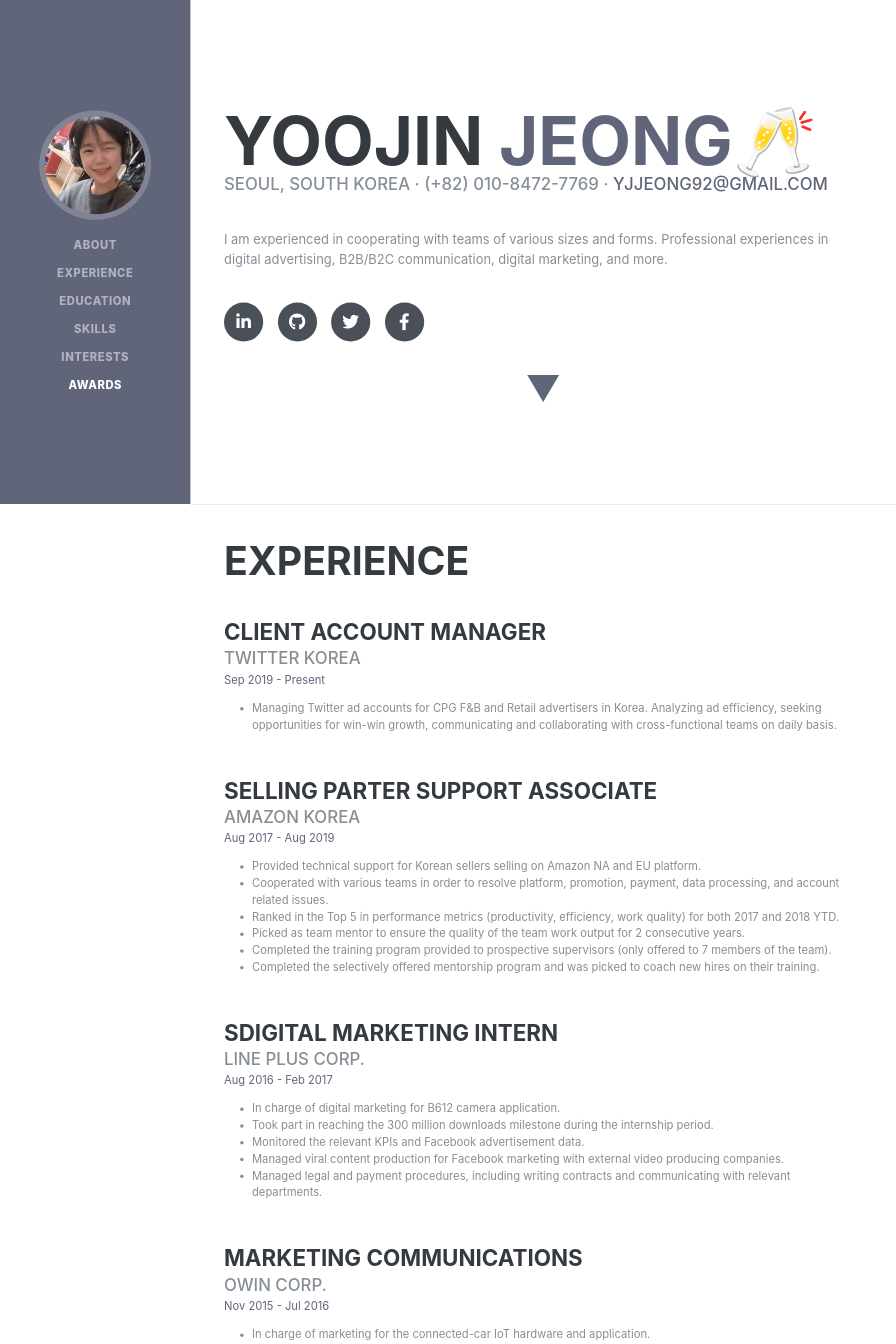
Repository: whitethugcat/whitethugcat.github.io
Page: class/resume-practice/yoojin-resume.html
The author's editor kept a record of every edit. The page is drawn from the files as they stood at one moment, then again after the next edit.
The browser window is 1280 px wide. The pictures show the part of the page from y = 0 to 1920 px (the page is 4932 px tall), at 70% of full size.
Some web fonts or font styles are not loaded; a fallback is used.

Above is the page before.

### class/resume-practice/yoojin-resume.html
<!DOCTYPE html>
<html lang="en">

<head>

  <meta charset="utf-8">
  <meta name="viewport" content="width=device-width, initial-scale=1, shrink-to-fit=no">
  <meta name="description" content="">
  <meta name="author" content="">

  <title>Yoojin J&#129346;</title>

  <!-- Bootstrap core CSS -->
  <link href="vendor/bootstrap/css/bootstrap.css" rel="stylesheet">

  <!-- Custom fonts for this template -->
  <link href="https://fonts.googleapis.com/css?family=Saira+Extra+Condensed:500,700" rel="stylesheet">
  <link href="https://fonts.googleapis.com/css?family=Muli:400,400i,800,800i" rel="stylesheet">
  <link href="vendor/fontawesome-free/css/all.css" rel="stylesheet">

  <!-- Custom styles for this template -->
  <link href="css/resume.css" rel="stylesheet">

</head>

<body id="page-top">

  <nav class="navbar navbar-expand-lg navbar-dark bg-primary fixed-top" id="sideNav">
    <a class="navbar-brand js-scroll-trigger" href="#page-top">
      <span class="d-block d-lg-none">Yoojin Jeong &#129346;</span>
      <span class="d-none d-lg-block">
        <img class="img-fluid img-profile rounded-circle mx-auto mb-2" src="img/yj-profile.png" alt="">
      </span>
    </a>
    <button class="navbar-toggler" type="button" data-toggle="collapse" data-target="#navbarSupportedContent" aria-controls="navbarSupportedContent" aria-expanded="false" aria-label="Toggle navigation">
      <span class="navbar-toggler-icon"></span>
    </button>
    <div class="collapse navbar-collapse" id="navbarSupportedContent">
      <ul class="navbar-nav">
        <li class="nav-item">
          <a class="nav-link js-scroll-trigger" href="#about">About</a>
        </li>
        <li class="nav-item">
          <a class="nav-link js-scroll-trigger" href="#experience">Experience</a>
        </li>
        <li class="nav-item">
          <a class="nav-link js-scroll-trigger" href="#education">Education</a>
        </li>
        <li class="nav-item">
          <a class="nav-link js-scroll-trigger" href="#skills">Skills</a>
        </li>
        <li class="nav-item">
          <a class="nav-link js-scroll-trigger" href="#interests">Interests</a>
        </li>
        <li class="nav-item">
          <a class="nav-link js-scroll-trigger" href="#awards">Awards</a>
        </li>
      </ul>
    </div>
  </nav>

  <div class="container-fluid p-0">

    <section class="resume-section p-3 p-lg-5 d-flex align-items-center" id="about">
      <div class="w-100">
        <h1 class="mb-0">Yoojin
          <span class="text-primary">Jeong&#129346;</span>
        </h1>
        <div class="subheading mb-5">Seoul, South Korea · (+82) 010-8472-7769 ·
          <a href="mailto:name@email.com">yjjeong92@gmail.com</a>
        </div>
        <p class="lead mb-5">I am experienced in cooperating with teams of various sizes and forms. Professional experiences in digital advertising, B2B/B2C communication, digital marketing, and more.</p>
        <div class="social-icons">
          <a href="https://www.linkedin.com/in/yoojin-jeong-47a917101/" target="_blank">
            <i class="fab fa-linkedin-in"></i>
          </a>
          <a href="#" target="_blank">
            <i class="fab fa-github"></i>
          </a>
          <a href="https://www.twitter.com/whitethugcat" target="_blank">
            <i class="fab fa-twitter"></i>
          </a>
          <a href="#">
            <i class="fab fa-facebook-f"></i>
          </a>
        </div>
        <div class=downward-arrow>
          <a href="#experience">
          &#9660;</a>
        </div>
      </div>
    </section>

    <hr class="m-0">

    <section class="resume-section p-3 p-lg-5 d-flex justify-content-center" id="experience">
      <div class="w-100">
        <h2 class="mb-5">Experience</h2>


        <div class="resume-item d-flex flex-column flex-md-row justify-content-between mb-5">
          <div class="resume-content">
            <h3 class="mb-0">Client Account Manager </h3>
            <div class="subheading mb-3">Twitter Korea</div>
            <span class="text-primary">Sep 2019 - Present</span>
            <p><ul><li>Managing Twitter ad accounts for CPG F&B and Retail advertisers in Korea. Analyzing ad efficiency, seeking opportunities for win-win growth, communicating and collaborating with cross-functional teams on daily basis.</li></ul></p>
          </div>
          </div>

        <div class="resume-item d-flex flex-column flex-md-row justify-content-between mb-5">
          <div class="resume-content" id>
            <h3 class="mb-0">Selling Parter Support Associate</h3>
            <div class="subheading mb-3">Amazon Korea</div>
            <span class="text-primary">Aug 2017 - Aug 2019</span>
            <p>
            <ul>
            <li>Provided technical support for Korean sellers selling on Amazon NA and EU platform.</li>
            <li>Cooperated with various teams in order to resolve platform, promotion, payment, data processing, and account related issues.</li>
            <li>Ranked in the Top 5 in performance metrics (productivity, efficiency, work quality) for both 2017 and 2018 YTD.</li>
            <li>Picked as team mentor to ensure the quality of the team work output for 2 consecutive years.</li>
            <li>Completed the training program provided to prospective supervisors (only offered to 7 members of the team).</li>
            <li>Completed the selectively offered mentorship program and was picked to coach new hires on their training.</li>
          </ul>
          </p>
          </div>
          </div>

        <div class="resume-item d-flex flex-column flex-md-row justify-content-between mb-5">
          <div class="resume-content">
            <h3 class="mb-0">SDigital Marketing Intern</h3>
            <div class="subheading mb-3">Line Plus Corp.</div>
            <span class="text-primary">Aug 2016 - Feb 2017</span>
            <p>
            <ul>
            <li>In charge of digital marketing for B612 camera application.</li>
            <li>Took part in reaching the 300 million downloads milestone during the internship period.</li>
            <li>Monitored the relevant KPIs and Facebook advertisement data.</li>
            <li>Managed viral content production for Facebook marketing with external video producing companies.</li>
            <li>Managed legal and payment procedures, including writing contracts and communicating with relevant departments.</li>
          </ul>
          </p>
          </div>
          </div>

        <div class="resume-item d-flex flex-column flex-md-row justify-content-between mb-5">
          <div class="resume-content">
            <h3 class="mb-0">Marketing Communications</h3>
            <div class="subheading mb-3">OWiN Corp.</div>
            <span class="text-primary">Nov 2015 - Jul 2016</span>
            <p>
            <ul>
            <li>In charge of marketing for the connected-car IoT hardware and application.</li>
            <li>Took part in initiating partnership with domestic and overseas companies (e.g. Isracore Ltd., First Data Korea).</li>
            <li>Created and designed the initial official website www.owin.kr.</li>
            <li>Managed the official SNS, webpage, PR materials and other online content management.</li>
            <li>Managed B2B and B2C communication and marketing as well as OEM production with Chinese factories.</li>
          </ul>
          </p>
          </div>
          </div>


        <div class="resume-item d-flex flex-column flex-md-row justify-content-between mb-5">
          <div class="resume-content">
            <h3 class="mb-0">Treasury & Markets Intern</h3>
            <div class="subheading mb-3">DBS Bank</div>
            <span class="text-primary">Aug 2015 - Nov 2015</span>
            <p>
            <ul>
            <li>In charge of organizing the AMCHAM Inaugural Ball 2014.</li>
            <li>Managed sponsorship acquirement with hotels and airlines such as Korean Airlines and Hyatt Hotel.</li>
            <li>Managed event planning, including managing the menu, brochure, table settings, and musical numbers.</li>
            <li>Managed the promotion of sponsoring companies, including banner and online (flyer) promotion.</li>
          </ul>
          </p>
          </div>
          </div>

        <div class="resume-item d-flex flex-column flex-md-row justify-content-between mb-5">
          <div class="resume-content">
            <h3 class="mb-0">Marketing Event Planning Intern</h3>
            <div class="subheading mb-3">American Chamber of Commerce in Korea (AMCHAM Korea)</div>
            <span class="text-primary">Dec 2013 - Mar 2014</span>
            <p>
            <ul>
            <li>Assisted with daily FOREX trading and sales activities.</li>
            </ul>
            </p>

        </div>
        </div>
          <div class=downward-arrow>
          <a href="#education">
          &#9660;</a>
        </div>
          <div class=back-to-top>
          <a href="#page-top">
          Back to top</a></div>

    </section>

    <hr class="m-0">

    <section class="resume-section p-3 p-lg-5 d-flex align-items-center" id="education">
      <div class="w-100">
        <h2 class="mb-5">Education</h2>

        <div class="resume-item d-flex flex-column flex-md-row justify-content-between mb-5">
          <div class="resume-content">
            <h3 class="mb-0">SungkyunKwan University</h3>
            <div class="subheading mb-3">Bachelor of Economics</div>
            <div>Global Economics</div>
            <span class="text-primary">Mar 2011 - Feb 2015</span>
          </div>
        </div>

        <div class="resume-item d-flex flex-column flex-md-row justify-content-between">
          <div class="resume-content">
            <h3 class="mb-0">International School of Kuala Lumpur</h3>
            <div class="subheading mb-3">International Baccalaureate (IB)</div>
            <span class="text-primary">Class of 2010</span>
          </div>
        </div>
          <div class=downward-arrow>
          <a href="#interests">
          &#9660;</a>
        </div>
          <div class=back-to-top>
          <a href="#page-top">
          Back to top</a>
        </div>
      </div>
    </section>

    <!--<hr class="m-0">-->

    <!--<section class="resume-section p-3 p-lg-5 d-flex align-items-center" id="skills">-->
    <!--  <div class="w-100">-->
    <!--    <h2 class="mb-5">Skills</h2>-->

    <!--    <div class="subheading mb-3">Skills &amp; Tools</div>-->
    <!--    <ul class="list-inline dev-icons">-->
    <!--      <li class="list-inline-item">-->
    <!--        <i class="fab fa-apple"></i>-->
    <!--      </li>-->
    <!--      <li class="list-inline-item">-->
    <!--        <i class="fab fa-adobe"></i>-->
    <!--      </li>-->
    <!--      <li class="list-inline-item">-->
    <!--        <i class="fab fa-presentation"></i>-->
    <!--      </li>-->
    <!--      <li class="list-inline-item">-->
    <!--        <i class="fab fa-sass"></i>-->
    <!--      </li>-->
    <!--      <li class="list-inline-item">-->
    <!--        <i class="fab fa-less"></i>-->
    <!--      </li>-->
    <!--      <li class="list-inline-item">-->
    <!--        <i class="fab fa-wordpress"></i>-->
    <!--      </li>-->
    <!--      <li class="list-inline-item">-->
    <!--        <i class="fab fa-gulp"></i>-->
    <!--      </li>-->
    <!--      <li class="list-inline-item">-->
    <!--        <i class="fab fa-grunt"></i>-->
    <!--      </li>-->
    <!--      <li class="list-inline-item">-->
    <!--        <i class="fab fa-npm"></i>-->
    <!--      </li>-->
    <!--    </ul>-->

    <!--    <div class="subheading mb-3">Workflow</div>-->
    <!--    <ul class="fa-ul mb-0">-->
    <!--      <li>-->
    <!--        <i class="fa-li fa fa-check"></i>-->
    <!--        Mobile-First, Responsive Design</li>-->
    <!--      <li>-->
    <!--        <i class="fa-li fa fa-check"></i>-->
    <!--        Cross Browser Testing &amp; Debugging</li>-->
    <!--      <li>-->
    <!--        <i class="fa-li fa fa-check"></i>-->
    <!--        Cross Functional Teams</li>-->
    <!--      <li>-->
    <!--        <i class="fa-li fa fa-check"></i>-->
    <!--        Agile Development &amp; Scrum</li>-->
    <!--    </ul>-->
    <!--      <div class=downward-arrow>-->
    <!--      <a href="#interests">-->
    <!--      &#9660;</a>-->
    <!--    </div>-->
    <!--      <div class=back-to-top>-->
    <!--      <a href="#page-top">-->
    <!--      Back to top</a>-->
    <!--    </div>-->
    <!--  </div>-->
    <!--</section>-->

    <hr class="m-0">

    <section class="resume-section p-3 p-lg-5 d-flex align-items-center" id="interests">
      <div class="w-100">
        <h2 class="mb-5">Interests</h2>
        <p>Always curious, and acting on my curiosities. Currently dipping toes in coding, designing, and drawing. I also love the outdoors and love to cycle, run, and take long walks.
          <div class=downward-arrow>
          <a href="#awards">
          &#9660;</a>
        </div>
          <div class=back-to-top>
          <a href="#page-top">
          Back to top</a>
        </div>
      </div>
    </section>

    <hr class="m-0">

    <section class="resume-section p-3 p-lg-5 d-flex align-items-center" id="awards">
      <div class="w-100">
        <h2 class="mb-5">And others...</h2>
        <ul class="fa-ul mb-0">
          <li>
            <i class="fa-li fa fa-trophy text-warning"></i>
            Fully bilingual in English and Korean (business proficiency in both languages).</li>
          <li>
            <i class="fa-li fa fa-trophy text-warning"></i>
            Have resided in Turkey, Malaysia, and Mexico prior to Korea.</li>
            <li>
            <i class="fa-li fa fa-trophy text-warning"></i>
            Effective communicator and collaborator.</li>
          </ul>
          </div>
          </div>
          <div class=back-to-top>
          <a href="#page-top">
          Back to top</a>
          <br><br>
          </div>
      </div>
    </section>

  </div>

  <!-- Bootstrap core JavaScript -->
  <script src="vendor/jquery/jquery.js"></script>
  <script src="vendor/bootstrap/js/bootstrap.bundle.js"></script>

  <!-- Plugin JavaScript -->
  <script src="vendor/jquery-easing/jquery.easing.s"></script>

  <!-- Custom scripts for this template -->
  <script src="js/resume.js"></script>

</body>

</html>

### class/resume-practice/css/resume.css
/*!
 * Start Bootstrap - Resume v5.0.8 (https://startbootstrap.com/template-overviews/resume)
 * Copyright 2013-2019 Start Bootstrap
 * Licensed under MIT (https://github.com/BlackrockDigital/startbootstrap-resume/blob/master/LICENSE)
 */

body {
  font-family: 'Muli', -apple-system, BlinkMacSystemFont, 'Segoe UI', Roboto, 'Helvetica Neue', Arial, sans-serif, 'Apple Color Emoji', 'Segoe UI Emoji', 'Segoe UI Symbol', 'Noto Color Emoji';
  padding-top: 52px;
  color: #868e96;
}

@media (min-width: 992px) {
  body {
    padding-top: 0;
    padding-left: 17rem;
  }
}

h1,
h2,
h3,
h4,
h5,
h6 {
  font-family: 'Saira Extra Condensed', -apple-system, BlinkMacSystemFont, 'Segoe UI', Roboto, 'Helvetica Neue', Arial, sans-serif, 'Apple Color Emoji', 'Segoe UI Emoji', 'Segoe UI Symbol', 'Noto Color Emoji';
  font-weight: 700;
  text-transform: uppercase;
  color: #343a40;
}

h1 {
  font-size: 6rem;
  line-height: 5.5rem;
}

h2 {
  font-size: 3.5rem;
}

h3 {
  font-size: 2rem;
}

p.lead {
  font-size: 1.15rem;
  font-weight: 400;
}

.subheading {
  text-transform: uppercase;
  font-weight: 500;
  font-family: 'Saira Extra Condensed', -apple-system, BlinkMacSystemFont, 'Segoe UI', Roboto, 'Helvetica Neue', Arial, sans-serif, 'Apple Color Emoji', 'Segoe UI Emoji', 'Segoe UI Symbol', 'Noto Color Emoji';
  font-size: 1.5rem;
}

.social-icons a {
  display: inline-block;
  height: 3.5rem;
  width: 3.5rem;
  background-color: #495057;
  color: #fff !important;
  border-radius: 100%;
  text-align: center;
  font-size: 1.5rem;
  line-height: 3.5rem;
  margin-right: 1rem;
}

.social-icons a:last-child {
  margin-right: 0;
}

.social-icons a:hover {
  background-color: #BD5D38;
}

.dev-icons {
  font-size: 3rem;
}

.dev-icons .list-inline-item i:hover {
  color: #BD5D38;
}

#sideNav .navbar-nav .nav-item .nav-link {
  font-weight: 800;
  letter-spacing: 0.05rem;
  text-transform: uppercase;
}

#sideNav .navbar-toggler:focus {
  outline-color: #d48a6e;
}

@media (min-width: 992px) {
  #sideNav {
    text-align: center;
    position: fixed;
    top: 0;
    left: 0;
    display: flex;
    flex-direction: column;
    width: 17rem;
    height: 100vh;
  }
  #sideNav .navbar-brand {
    display: flex;
    margin: auto auto 0;
    padding: 0.5rem;
  }
  #sideNav .navbar-brand .img-profile {
    max-width: 10rem;
    max-height: 10rem;
    border: 0.5rem solid rgba(255, 255, 255, 0.2);
  }
  #sideNav .navbar-collapse {
    display: flex;
    align-items: flex-start;
    flex-grow: 0;
    width: 100%;
    margin-bottom: auto;
  }
  #sideNav .navbar-collapse .navbar-nav {
    flex-direction: column;
    width: 100%;
  }
  #sideNav .navbar-collapse .navbar-nav .nav-item {
    display: block;
  }
  #sideNav .navbar-collapse .navbar-nav .nav-item .nav-link {
    display: block;
  }
}

section.resume-section {
  padding-top: 5rem !important;
  padding-bottom: 5rem !important;
  max-width: 75rem;
}

section.resume-section .resume-item .resume-date {
  min-width: none;
}

@media (min-width: 768px) {
  section.resume-section {
    min-height: 100vh;
  }
  section.resume-section .resume-item .resume-date {
    min-width: 18rem;
  }
}

@media (min-width: 992px) {
  section.resume-section {
    padding-top: 3rem !important;
    padding-bottom: 3rem !important;
  }
}

.bg-primary {
  background-color: #61657a !important;
}

.text-primary {
  color: #61657a !important;
}

a {
  color: #61657a;
}

a:hover, a:focus, a:active {
  color: #824027;
}

.downward-arrow{
  vertical-align: bottom;
  text-align: center;
  font-size: 50px;
  text-shadow: 3px 2px grey .5;
  margin-bottom: -30px;
  margin-top: 30px;
}

.back-to-top{
  margin-top: 4%;
  color: #699aff;
  vertical-align: bottom;
  text-align: center;
  font-size: 10px;
  text-decoration: underline;
}

### class/resume-practice/js/resume.js
(function($) {
  "use strict"; // Start of use strict

  // Smooth scrolling using jQuery easing
  $('a.js-scroll-trigger[href*="#"]:not([href="#"])').click(function() {
    if (location.pathname.replace(/^\//, '') == this.pathname.replace(/^\//, '') && location.hostname == this.hostname) {
      var target = $(this.hash);
      target = target.length ? target : $('[name=' + this.hash.slice(1) + ']');
      if (target.length) {
        $('html, body').animate({
          scrollTop: (target.offset().top)
        }, 1000, "easeInOutExpo");
        return false;
      }
    }
  });

  // Closes responsive menu when a scroll trigger link is clicked
  $('.js-scroll-trigger').click(function() {
    $('.navbar-collapse').collapse('hide');
  });

  // Activate scrollspy to add active class to navbar items on scroll
  $('body').scrollspy({
    target: '#sideNav'
  });

})(jQuery); // End of use strict

Loaded but not shown: class/resume-practice/vendor/bootstrap/css/bootstrap.css (library); class/resume-practice/vendor/fontawesome-free/css/all.css (library); class/resume-practice/vendor/jquery/jquery.js (library); class/resume-practice/vendor/bootstrap/js/bootstrap.bundle.js (library)

After the next edit:
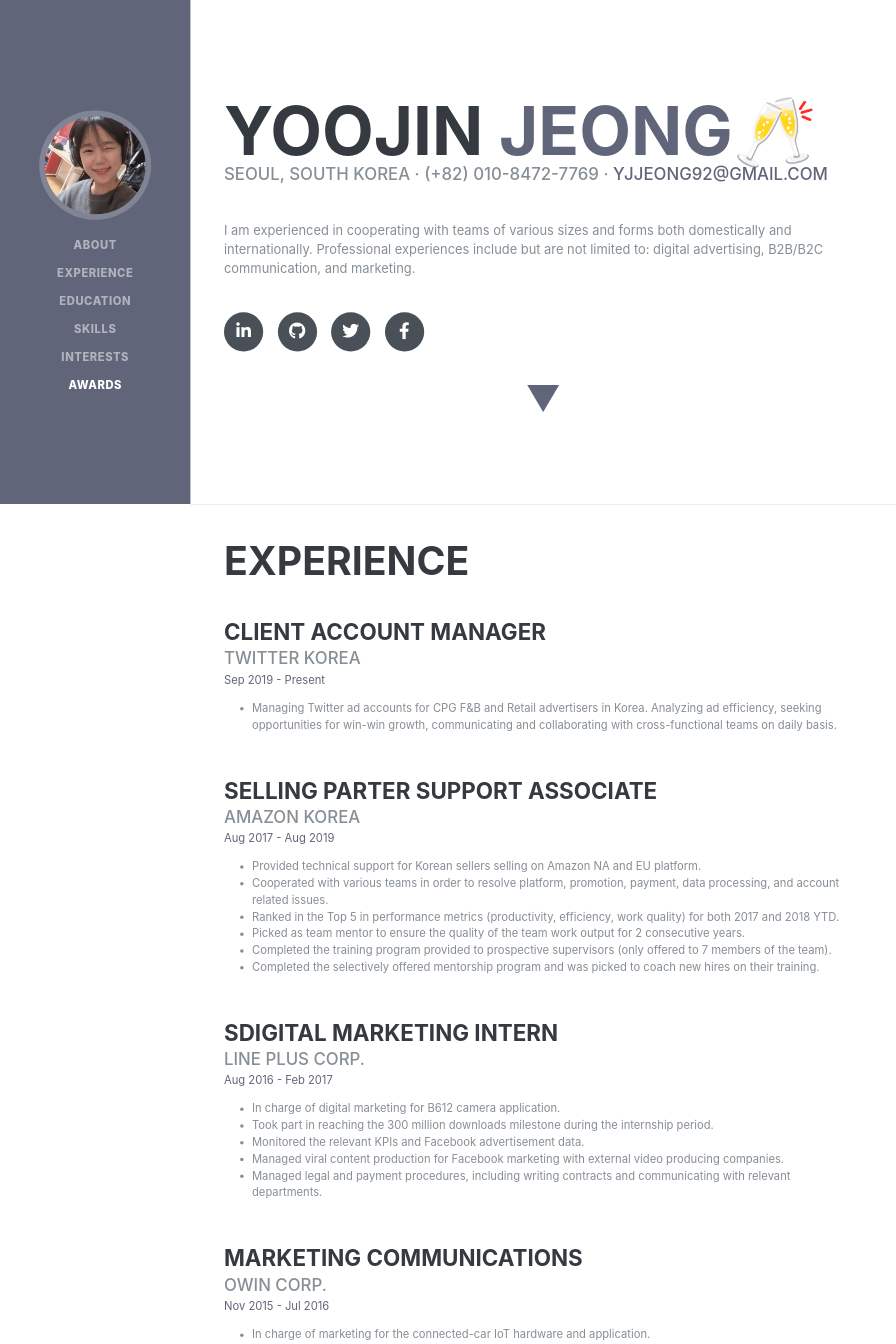
The edit:
--- a/class/resume-practice/yoojin-resume.html
+++ b/class/resume-practice/yoojin-resume.html
@@ -69,7 +69,7 @@
         <div class="subheading mb-5">Seoul, South Korea · (+82) 010-8472-7769 ·
           <a href="mailto:name@email.com">yjjeong92@gmail.com</a>
         </div>
-        <p class="lead mb-5">I am experienced in cooperating with teams of various sizes and forms. Professional experiences in digital advertising, B2B/B2C communication, digital marketing, and more.</p>
+        <p class="lead mb-5">I am experienced in cooperating with teams of various sizes and forms both domestically and internationally. Professional experiences include but are not limited to: digital advertising, B2B/B2C communication, and marketing.</p>
         <div class="social-icons">
           <a href="https://www.linkedin.com/in/yoojin-jeong-47a917101/" target="_blank">
             <i class="fab fa-linkedin-in"></i>
